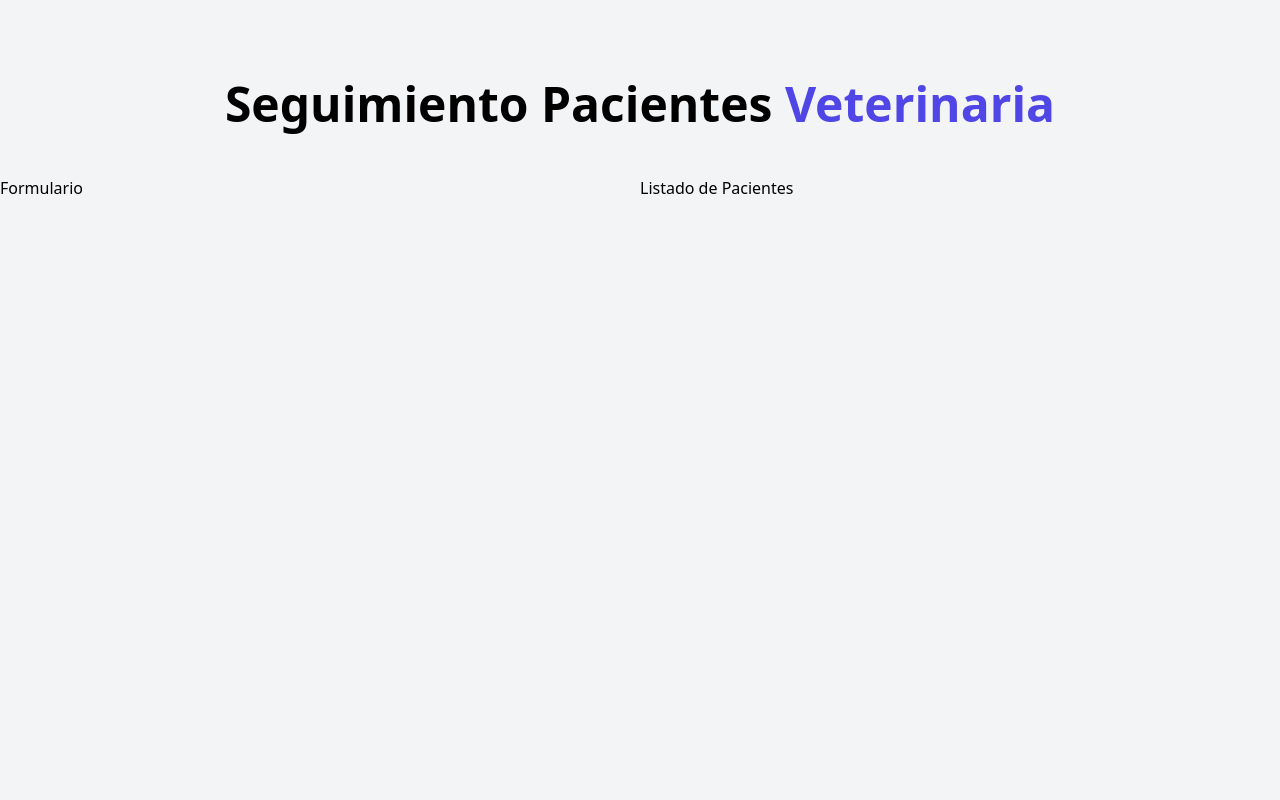
Repository: richardacb/citas_react_vite
Page: /
These files come from the project's save history. The page is drawn as it stood at one moment and after a run of saves; the edit follows.
The browser window is 1280 px wide. The pictures show the whole page.
The project was rebuilt for these pictures with package versions that can differ from the ones it lists, and the page was loaded fresh each time. Also part of the build but not shown: vite.config.js.

Above is the page before, as saved 2022-12-17 02:31:24.

### src/App.jsx
import { useState } from "react";
import Header from "./components/Header";
import Formulario from "./components/Formulario";
import ListadoPacientes from "./components/ListadoPacientes";

function App() {
  return (
    <div className="container mx-auto mt-20">
      <Header />
      <div className="mt-12 flex">
        <Formulario />
        <ListadoPacientes />
      </div>
    </div>
  );
}

export default App;

### src/components/Header.jsx
function Header() {
  return (
    <>
        <h1 className="font-black text-5xl text-center md:w-2/3 mx-auto">Seguimiento Pacientes {''}
         <span className="text-indigo-600">Veterinaria</span></h1>
    </>
  );
}

export default Header;

### src/components/Formulario.jsx
const Formulario = () => {
    return (
        <div className="w-1/2">
            <h2>Formulario</h2>
        </div>
    )
}

export default Formulario;

### src/components/ListadoPacientes.jsx
const ListadoPacientes = () => {
    return (
            <h2>
                Listado de Pacientes
            </h2>
    )
}

export default ListadoPacientes;

Loaded but not shown: index.html (common file); src/main.jsx (common file); src/index.css (common file); tailwind.config.cjs (common file)

After the next 2 saves:
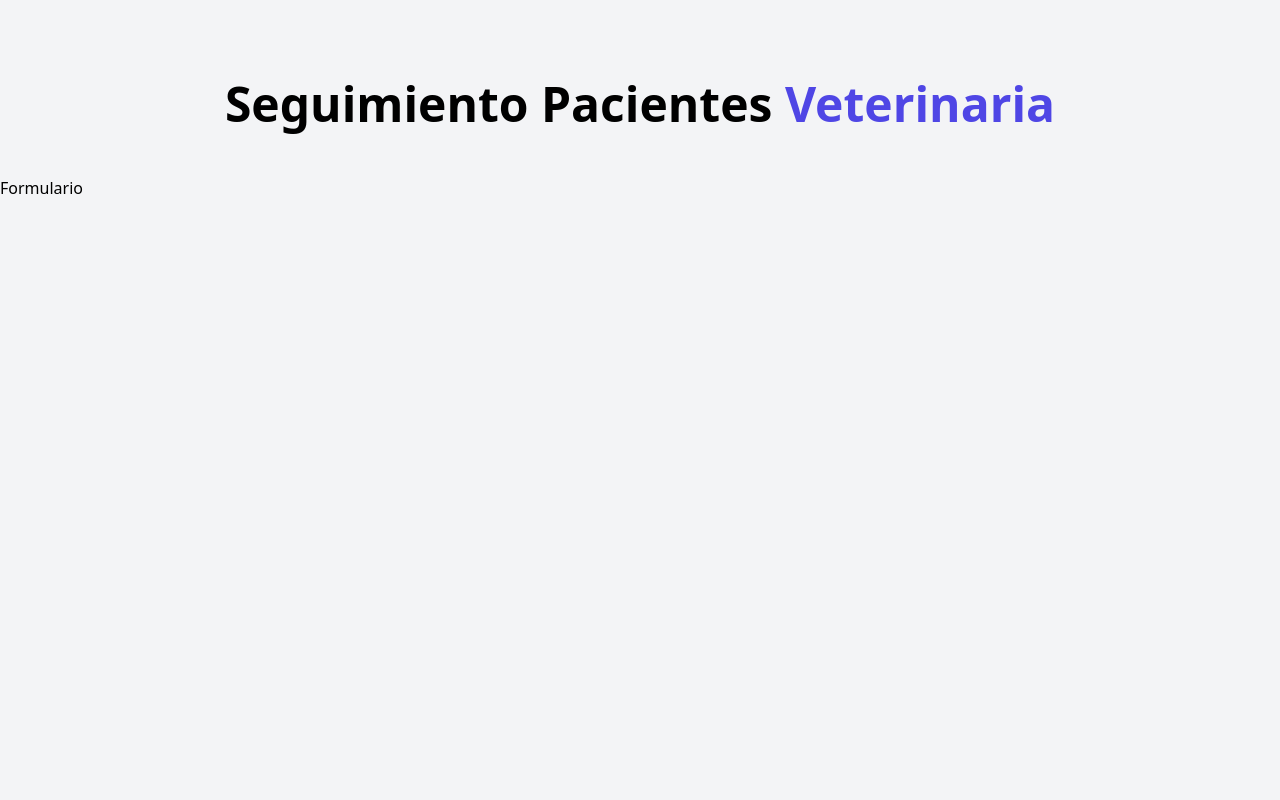
The 2 saves are shown as one change because they came seconds apart.
The last was saved 11 s later.
--- a/src/components/ListadoPacientes.jsx
+++ b/src/components/ListadoPacientes.jsx
@@ -1,9 +1,7 @@
 const ListadoPacientes = () => {
-    return (
-            <h2>
-                Listado de Pacientes
-            </h2>
-    )
-}
+  return
+
+  <h2>Listado de Pacientes</h2>;
+};
 
 export default ListadoPacientes;
